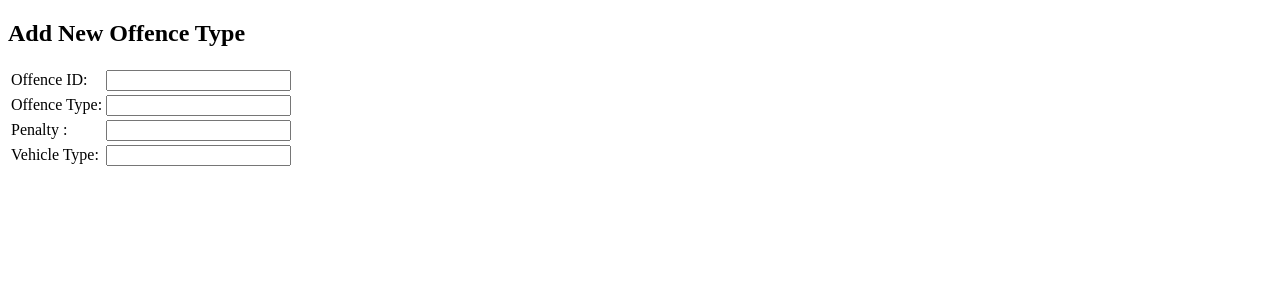
Repository: saurabhaahujaa/learning-java-springboot
Page: workspace/SpringWS/Lesson06-UI-Spring-ORM/WebContent/AddNewOffenceType.html
These files come from the project's save history. The page is drawn as it stood at one moment and after the next save; the edit follows.
The browser window is 1280 px wide. The pictures show the whole page.

Above is the page before, as saved 2023-03-29 05:10:23.

After the next save:
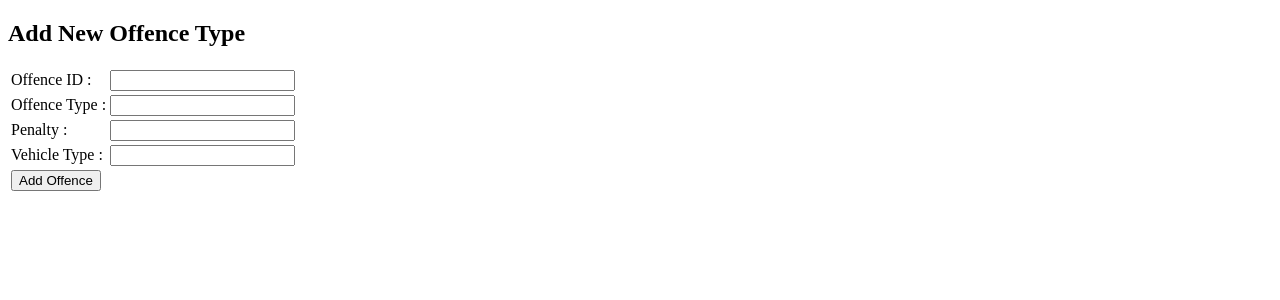
Saved 2 min 17 s later.
--- a/workspace/SpringWS/Lesson06-UI-Spring-ORM/WebContent/AddNewOffenceType.html
+++ b/workspace/SpringWS/Lesson06-UI-Spring-ORM/WebContent/AddNewOffenceType.html
@@ -1,28 +1,33 @@
 <!DOCTYPE html>
 <html>
 <head>
-<meta charset="UTF-8">
+<meta charset="ISO-8859-1">
 <title>Insert title here</title>
 </head>
 <body>
 	<h2>Add New Offence Type</h2>
-	<table>
-		<tr>
-			<td>Offence ID: </td>
-			<td><input type="text" name="offenceID"/></td>
-		</tr>
-		<tr>
-			<td>Offence Type: </td>
-			<td><input type="text" name="offenceType"/></td>
-		</tr>
-		<tr>
-			<td>Penalty : </td>
-			<td><input type="text" name="penalty"/></td>
-		</tr>
-		<tr>
-			<td>Vehicle Type: </td>
-			<td><input type="text" name="vehicleType"/></td>
-		</tr>
-	</table>
+	<form method="POST" action="AddOffenceType.jsp">
+		<table>
+			<tr>
+				<td>Offence ID :</td>
+				<td><input type="text" name="offenceId" /></td>
+			</tr>
+			<tr>
+				<td>Offence Type :</td>
+				<td><input type="text" name="offenceType" /></td>
+			</tr>
+			<tr>
+				<td>Penalty :</td>
+				<td><input type="text" name="penalty" /></td>
+			</tr>
+			<tr>
+				<td>Vehicle Type :</td>
+				<td><input type="text" name="vehicleType" /></td>
+			</tr>
+			<tr>
+				<td><input type="submit" value="Add Offence" /></td>
+			</tr>
+		</table>
+	</form>
 </body>
 </html>
